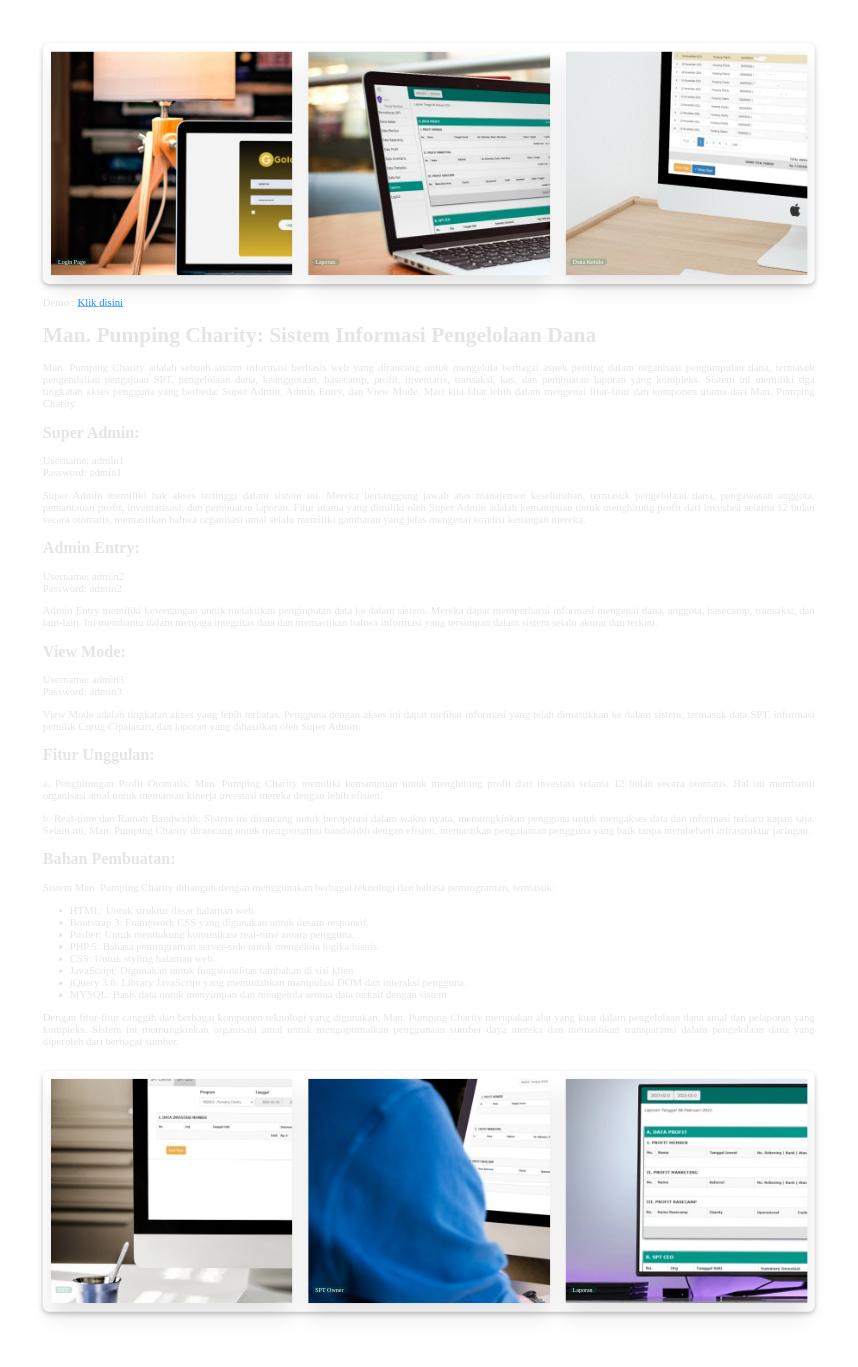
Repository: yusup-maulana/yusup-maulana.github.io
Page: portofolio-manpumping.html
These files come from the project's save history. The page is drawn as it stood at one moment and after the next save; the edit follows.
The browser window is 1280 px wide. The pictures show the whole page, at 67% of full size.
Some web fonts or font styles are not loaded; a fallback is used.

Above is the page before, as saved 2023-10-06 21:30:33.

### portofolio-manpumping.html
<style type="text/css">
  @import url("https://fonts.googleapis.com/css?family=Baloo+Chettan+2&display=swap");

  .body2::-webkit-scrollbar {
    width: 0.5em;
  }

  .body2::-webkit-scrollbar-track {
    box-shadow: inset 0 0 6px rgb(167 167 167 / 41%);
    background-color: #061e29;
  }

  .body2::-webkit-scrollbar-thumb {
    background-color: #00f1ffab;
  }

  .body2 {
    font-family: "Baloo Chettan 2";
    color: #e5e5e5;
    margin: 2%;
    text-align: justify;
    padding: 3%;
  }

  .body2 a {
    color: dodgerblue;
  }

  /* table wisata ...................*/
  .twisata {
  }

  .twisata tr {
    background: linear-gradient(90deg, #1193a1, transparent);
    color: white;
    font-weight: 900;
    border: 3px solid #ffffff;
  }

  .twisata tr td {
  }

  .twisata tr td span {
    background: #bdffda;
    font-weight: 900;
    padding: 1px 6px;
    border-radius: 5px;
    color: #08102b;
  }

  /* wisata-container ...................*/
  .container-wisata {
    box-shadow: rgb(0 0 0 / 24%) 0px 3px 8px;
    display: flex;
    width: 100%;
    padding: 1% 0%;
    box-sizing: border-box;
    height: 50vh;
    border-radius: 10px;
  }

  .boxwisata {
    flex: 1;
    overflow: hidden;
    transition: 0.5s;
    margin: 1px 1%;
    box-shadow: 0 20px 30px rgba(0, 0, 0, 0.1);
    line-height: 0;
  }

  .boxwisata > img {
    width: 200%;
    height: calc(100% - 10vh);
    object-fit: cover;
    transition: 0.5s;
    height: 100% !important;
  }

  .boxwisata > span {
    position: relative;
    left: 7px;
    font-size: xx-small;
    color: #f5fff7 !important;
    bottom: 20px;
    white-space: nowrap;
    background-color: rgb(1 118 74 / 20%);
    padding: 0 6px 0 4px;
    border-radius: 0 10px 10px 0;
  }

  .boxwisata:hover {
    flex: 1 1 50%;
  }

  .boxwisata:hover > img {
    width: 100%;
    height: 100%;
  }
</style>
<div class="container-wisata">
  <div class="boxwisata">
    <img alt="Curug Cipalasari" src="IMG/pumpingcharity/man.pumpingc1.webp" />
    <span>Login Page</span>
  </div>
  <div class="boxwisata">
    <img alt="Curug Cipalasari" src="IMG/pumpingcharity/man.pumpingc2.webp" />
    <span>Laporan</span>
  </div>
  <div class="boxwisata">
    <img alt="Curug Cipalasari" src="IMG/pumpingcharity/man.pumpingc3.webp" />
    <span>Dana Kelola</span>
  </div>
</div>
<br />

<body class="body2">
  Demo :
  <a target="_blank" href="https://maulana-project122.000webhostapp.com/"
    >Klik disini</a
  ><br />
  <h1>Man. Pumping Charity: Sistem Informasi Pengelolaan Dana</h1>
  <p>
    Man. Pumping Charity adalah sebuah sistem informasi berbasis web yang
    dirancang untuk mengelola berbagai aspek penting dalam organisasi
    pengumpulan dana, termasuk pengendalian pengajuan SPT, pengelolaan dana,
    keanggotaan, basecamp, profit, inventaris, transaksi, kas, dan pembuatan
    laporan yang kompleks. Sistem ini memiliki tiga tingkatan akses pengguna
    yang berbeda: Super Admin, Admin Entry, dan View Mode. Mari kita lihat lebih
    dalam mengenai fitur-fitur dan komponen utama dari Man. Pumping Charity.
  </p>

  <h2>Super Admin:</h2>
  <p>Username: admin1<br />Password: admin1</p>
  <p>
    Super Admin memiliki hak akses tertinggi dalam sistem ini. Mereka
    bertanggung jawab atas manajemen keseluruhan, termasuk pengelolaan dana,
    pengawasan anggota, pemantauan profit, inventarisasi, dan pembuatan laporan.
    Fitur utama yang dimiliki oleh Super Admin adalah kemampuan untuk menghitung
    profit dari investasi selama 12 bulan secara otomatis, memastikan bahwa
    organisasi amal selalu memiliki gambaran yang jelas mengenai kondisi
    keuangan mereka.
  </p>

  <h2>Admin Entry:</h2>
  <p>Username: admin2<br />Password: admin2</p>
  <p>
    Admin Entry memiliki kewenangan untuk melakukan penginputan data ke dalam
    sistem. Mereka dapat memperbarui informasi mengenai dana, anggota, basecamp,
    transaksi, dan lain-lain. Ini membantu dalam menjaga integritas data dan
    memastikan bahwa informasi yang tersimpan dalam sistem selalu akurat dan
    terkini.
  </p>

  <h2>View Mode:</h2>
  <p>Username: admin3<br />Password: admin3</p>
  <p>
    View Mode adalah tingkatan akses yang lebih terbatas. Pengguna dengan akses
    ini dapat melihat informasi yang telah dimasukkan ke dalam sistem, termasuk
    data SPT, informasi pemilik Curug Cipalasari, dan laporan yang dihasilkan
    oleh Super Admin.
  </p>

  <h2>Fitur Unggulan:</h2>
  <p>
    a. Penghitungan Profit Otomatis: Man. Pumping Charity memiliki kemampuan
    untuk menghitung profit dari investasi selama 12 bulan secara otomatis. Hal
    ini membantu organisasi amal untuk memantau kinerja investasi mereka dengan
    lebih efisien.
  </p>
  <p>
    b. Real-time dan Ramah Bandwidth: Sistem ini dirancang untuk beroperasi
    dalam waktu nyata, memungkinkan pengguna untuk mengakses data dan informasi
    terbaru kapan saja. Selain itu, Man. Pumping Charity dirancang untuk
    mengonsumsi bandwidth dengan efisien, memastikan pengalaman pengguna yang
    baik tanpa membebani infrastruktur jaringan.
  </p>

  <h2>Bahan Pembuatan:</h2>
  <p>
    Sistem Man. Pumping Charity dibangun dengan menggunakan berbagai teknologi
    dan bahasa pemrograman, termasuk:
  </p>
  <ul>
    <li>HTML: Untuk struktur dasar halaman web.</li>
    <li>Bootstrap 3: Framework CSS yang digunakan untuk desain responsif.</li>
    <li>Pusher: Untuk mendukung komunikasi real-time antara pengguna.</li>
    <li>
      PHP 5: Bahasa pemrograman server-side untuk mengelola logika bisnis.
    </li>
    <li>CSS: Untuk styling halaman web.</li>
    <li>JavaScript: Digunakan untuk fungsionalitas tambahan di sisi klien.</li>
    <li>
      jQuery 3.6: Library JavaScript yang memudahkan manipulasi DOM dan
      interaksi pengguna.
    </li>
    <li>
      MYSQL: Basis data untuk menyimpan dan mengelola semua data terkait dengan
      sistem.
    </li>
  </ul>

  <p>
    Dengan fitur-fitur canggih dan berbagai komponen teknologi yang digunakan,
    Man. Pumping Charity merupakan alat yang kuat dalam pengelolaan dana amal
    dan pelaporan yang kompleks. Sistem ini memungkinkan organisasi amal untuk
    mengoptimalkan penggunaan sumber daya mereka dan memastikan transparansi
    dalam pengelolaan dana yang diperoleh dari berbagai sumber.
  </p>

  <br />
  <div class="container-wisata">
    <div class="boxwisata">
      <img alt="Curug Cipalasari" src="IMG/pumpingcharity/man.pumpingc4.webp" />
      <span>SPT</span>
    </div>
    <div class="boxwisata">
      <img alt="Curug Cipalasari" src="IMG/pumpingcharity/man.pumpingc5.webp" />
      <span>SPT Owner</span>
    </div>
    <div class="boxwisata">
      <img alt="Curug Cipalasari" src="IMG/pumpingcharity/man.pumpingc6.webp" />
      <span>Laporan</span>
    </div>
  </div>
  <br />
</body>

After the next save:
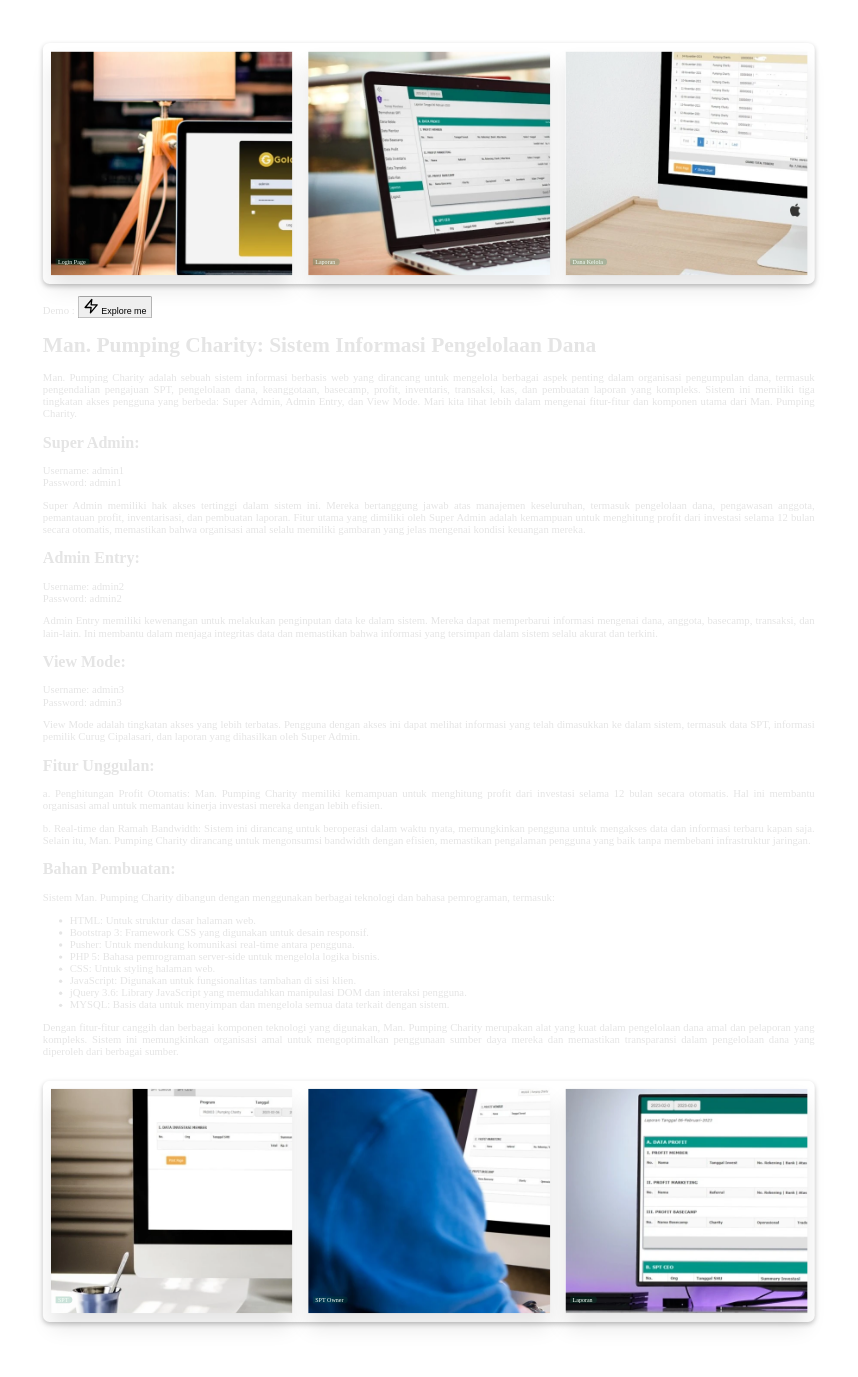
Saved 4 min 4 s later.
--- a/portofolio-manpumping.html
+++ b/portofolio-manpumping.html
@@ -116,7 +116,22 @@
 <body class="body2">
   Demo :
   <a target="_blank" href="https://maulana-project122.000webhostapp.com/"
-    >Klik disini</a
+    ><button>
+      <svg
+        viewBox="0 0 24 24"
+        width="24"
+        height="24"
+        stroke="currentColor"
+        stroke-width="2"
+        fill="none"
+        stroke-linecap="round"
+        stroke-linejoin="round"
+        class="css-i6dzq1"
+      >
+        <polygon points="13 2 3 14 12 14 11 22 21 10 12 10 13 2"></polygon>
+      </svg>
+      Explore me
+    </button></a
   ><br />
   <h1>Man. Pumping Charity: Sistem Informasi Pengelolaan Dana</h1>
   <p>
